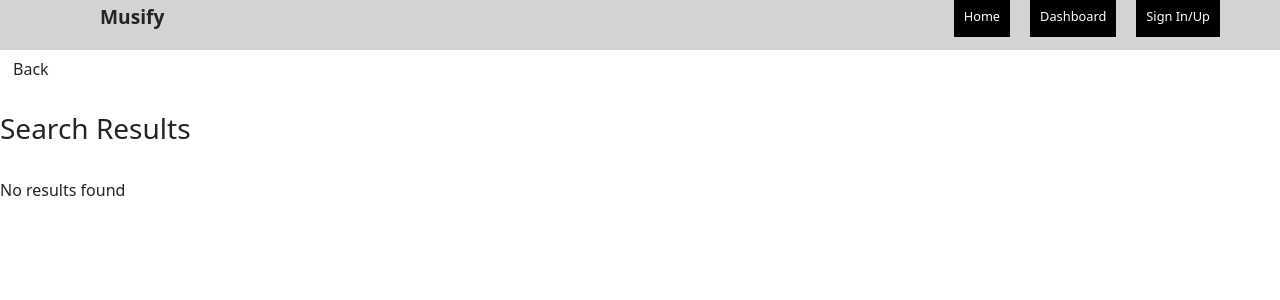
Repository: yuqiant/musify
Page: /search (app in musify/)
An editor plug-in stored every save of this project. The page is shown before and after the next save, followed by the edit.
The browser window is 1280 px wide. The pictures show the whole page.
The page's requests for data from a server got no answer. The project was rebuilt for these pictures with package versions that can differ from the ones it lists, and the page was loaded fresh each time. No one was signed in, and anything a server would have sent is missing. Also part of the build but not shown: musify/src/App.css, musify/src/details/index.js, musify/src/home/index.js, musify/src/users/client.js, musify/src/users/accountpage.js, musify/src/users/account.css, musify/src/users/account.js, musify/src/users/signin.js and 7 more.

Above is the page before, as saved 2023-12-10 00:55:50.

### musify/src/index.js
import React from 'react';
import ReactDOM from 'react-dom/client';
import { BrowserRouter as Router } from 'react-router-dom'; // Import BrowserRouter

import './index.css';
import App from './App';
import Home from './home';
import reportWebVitals from './reportWebVitals';

const root = ReactDOM.createRoot(document.getElementById('root'));
root.render(

  <React.StrictMode>
    <Router><App /></Router>

  </React.StrictMode>
);

// If you want to start measuring performance in your app, pass a function
// to log results (for example: reportWebVitals(console.log))
// or send to an analytics endpoint. Learn more: https://bit.ly/CRA-vitals
reportWebVitals();

### musify/src/App.js
import { BrowserRouter as Router, Route, Routes, Navigate } from 'react-router-dom';
import 'bootstrap/dist/css/bootstrap.min.css';
import './App.css';
import Results from './result';
import SongDetails from './details';
import React from 'react';
import { AuthContext, AuthProvider } from './AuthContext';
import Navbar from './navbar';
import Home from './home';
import AccountPage from './users/accountpage';
import Account from './users/account';
import Users from "./users";
import Dashboard from './dashboard';

// ProtectedRoute component to handle the redirection based on authentication
const ProtectedRoute = ({ children }) => {
  const { isAuthenticated, userId } = React.useContext(AuthContext);

  if (!isAuthenticated) {
    // Redirect them to the /signin page if they are not authenticated
    return <Navigate to="/signin" />;
  }

  // If the user is authenticated, render the "children" components
  return children;
};

function App() {
  console.log(process.env.REACT_APP_BASE_API_URL);

  return (
    <AuthProvider>
      {/* <Router> */}
      <Navbar />
      <Routes>
        <Route path="/" element={<Navigate to="/home" replace />} />
        <Route path="/home" element={<Home />} />
        <Route path="/search" element={<Results />} />
        <Route path="/details/:id" element={<SongDetails />} />
        <Route path="/profile" element={
          <ProtectedRoute>
            <Account />
          </ProtectedRoute>
        } />
        <Route path="/home" element={
          <ProtectedRoute>
            <Home />
          </ProtectedRoute>
        } />
        <Route path="/dashboard" element={
          <ProtectedRoute>
            <Dashboard />
          </ProtectedRoute>
        } />
        <Route path="/*" element={<Users />} />
        <Route path="/profile/:userId" element={<AccountPage />} />
      </Routes>
      {/* </Router> */}
    </AuthProvider>
  );
}

export default App;

### musify/src/result/index.js
import React, { useEffect, useState, useContext } from 'react';
import { useLocation, useNavigate } from 'react-router-dom';
import axios from 'axios';
import Navbar from '../navbar';
import { AuthContext } from '../AuthContext';
import 'bootstrap/dist/css/bootstrap.min.css';

function Results() {
    const location = useLocation();
    const REMOTE_API_URL = "http://localhost:4000/search";
    const [searchResults, setSearchResults] = useState([]);
    const navigate = useNavigate();
    const { isAuthenticated, userId } = useContext(AuthContext);

    const handleViewDetails = (songId) => {
        navigate(`/details/${songId}`);
    };

    const goBack = () => navigate('/');  // go back to home

    useEffect(() => {
        const queryParams = new URLSearchParams(location.search);
        const query = queryParams.get('query');
        const type = queryParams.get('type');



        // 根据 query 和 type 执行搜索
        const performSearch = async () => {
            try {
                const response = await axios.get(`${REMOTE_API_URL}?query=${query}&type=${type}`);
                if (Array.isArray(response.data)) {
                    setSearchResults(response.data);
                    console.log("Response data:", response.data);
                    console.log("search page authenticate:", isAuthenticated);
                    // console.log("current authenticated:", isAuthenticated)

                } else {
                    setSearchResults([response.data]);
                }
            } catch (error) {
                console.error('Search error:', error);
                setSearchResults([]); // 在错误情况下设置为空数组
            }
        };

        performSearch();
    }, [location]);

    const renderSearchResults = () => {
        console.log("in render", searchResults);
        if (searchResults.length === 0) {
            return <div>No results found</div>;
        }
        // return searchResults.map((result, index) => (


        //     <div key={index} className="search-result-item">
        //         <h5>Song : {result.songName}</h5>
        //         <h5>Album: {result.albumName}</h5>
        //         <h5>Artist: {result.artistName}</h5>
        //         <h5>Released Year: {result.releasedYear}</h5>
        //         <h5>Genre: {result.genre}</h5>


        //         <a href={`/details/${result.id}`}>View Details</a>
        //     </div>


        // ));
        return (
            <table className="table table-striped">
                <thead>
                    <tr>
                        <th>Song</th>
                        <th>Album</th>
                        <th>Artist</th>
                        {/* <th>Released Year</th>
                        <th>Genre</th>
                        <th>Details</th> */}
                    </tr>
                </thead>
                <tbody>
                    {searchResults.map((result, index) => (
                        <tr key={index}>
                            <td>{result.songName}</td>
                            <td>{result.albumName}</td>
                            <td>{result.artistName}</td>
                            {/* <td>{result.releasedYear}</td>
                            <td>{result.genre}</td> */}
                            {/* <td><a href={`/details/${result._id}`}>View Details</a></td> */}
                            {/* console.log("result id: ",{result._id}) */}
                            <button onClick={() => handleViewDetails(result._id)} className="btn">
                                View Details
                            </button>

                        </tr>
                    ))}
                </tbody>
            </table>
        );
    };


    return (
        <div>
            <button onClick={goBack} className="btn"> Back</button>

            <div>
                <br></br>
                <h3>Search Results</h3>
                <br></br>
            </div>
            <div>
                {renderSearchResults()}
            </div>
        </div>
    )
}

export default Results;

### musify/src/AuthContext.js
// AuthContext.js

import React, { createContext, useState, useEffect } from 'react';

export const AuthContext = createContext(null);

export const AuthProvider = ({ children }) => {
  const [isAuthenticated, setIsAuthenticated] = useState(false);
  const [userId, setUserId] = useState(null);

  // Check if the user is already authenticated (e.g., check local storage)
  useEffect(() => {
    const storedUserId = localStorage.getItem('userId');
    if (storedUserId) {
      // setIsAuthenticated(true);
      setUserId(storedUserId);
    }
  }, []);

  // Expose the user ID and authentication status
  const authContextValue = {
    isAuthenticated,
    setIsAuthenticated,
    userId,
    setUserId,
  };

  return (
    <AuthContext.Provider value={authContextValue}>
      {children}
    </AuthContext.Provider>
  );
};

### musify/src/navbar/index.js
import React, { useContext } from 'react';
import { NavLink, useNavigate } from 'react-router-dom';
import './index.css';
import { AuthContext } from '../AuthContext';

const Navbar = () => {
    const { isAuthenticated, userId } = useContext(AuthContext);
    const navigate = useNavigate();

    const handleDashboardClick = (event) => {
        // Prevent default navigation of NavLink
        event.preventDefault();

        if (isAuthenticated) {
            // navigate(`/dashboard/${userId}`);
            navigate(`/dashboard`);
        } else {
            alert("You must be signed in to access the dashboard.");
            navigate("/signin");
        }
    };

    return (
        <nav className="wd-navigation">
            <p className="bold-left-align">Musify</p>
            <ul className="menu">
                <li className="list-group-item">
                    <NavLink to="/" activeClassName="active">
                        Home
                    </NavLink>
                </li>
                <li className="list-group-item">
                    <NavLink to={`/dashboard`} activeClassName="active" onClick={handleDashboardClick}>
                        Dashboard
                    </NavLink>
                </li>
                {/* <li className="list-group-item">
                    <NavLink to={`admin/dashboard`} activeClassName="active" onClick={handleDashboardClick}>
                        Dashboard
                    </NavLink>
                </li> */}
                <li className="list-group-item">
                    {isAuthenticated ? (
                        <NavLink to={`/profile/`} activeClassName="active">
                            Profile
                        </NavLink>
                    ) : (
                        <NavLink to="/signin" activeClassName="active">
                            Sign In/Up
                        </NavLink>
                    )}
                </li>
            </ul>
        </nav>
    );
};

export default Navbar;

### musify/src/home/index.css
/* Reset margin and padding to remove default browser styling */
* {
    margin: 0;
    padding: 0;
    box-sizing: border-box;
}

/* General App styling */
.App {
    text-align: center;
}

/* Navigation bar styling */
.App-nav {
    display: flex;
    justify-content: space-between;
    align-items: left;
    background-color: #282c34;
    padding: 1rem;
    color: white;
}

.App-nav h1 {
    font-size: 1.5rem;
}

.App-nav a {
    color: white;
    text-decoration: none;
    margin-left: 1rem;
}

.App-nav a:hover {
    text-decoration: underline;
}

/* Header and content styling */
.App-header {
    color: white;
    padding-top: 60px;
    /* Adjust this value as needed */
}

.App-logo {
    height: 40vmin;
    pointer-events: none;
}

.App-link {
    color: #61dafb;
}

.App-link:hover {
    color: #39a9db;
}

.submit-button-container {
    display: flex;
    align-items: flex-start;
    justify-content: flex-start;
}

.playlist-heading {
    font-size: 85px;
    font-weight: bolder;
}

.search-container {
    display: flex;
    justify-content: center;
    /* Center horizontally */
    align-items: center;
    /* Center vertically */
    margin-top: 20px;
}

.search-bar {
    width: 500px;

}

.form-inline {
    display: flex;
    justify-content: center;
    width: 100%;
}

.search-type-button {
    font-size: 16px;
    /* Adjust the font size as needed */
    padding: 10px 20px;
    /* Bigger button */
    margin-right: 10px;
    /* Space between buttons */
    border: 1px solid transparent;
    background-color: #f8f9fa;
    color: #000;
    border-radius: 5px;
    cursor: pointer;
}

.search-type-button.active {
    background-color: #007bff;
    /* Bootstrap primary color */
    color: #fff;
    border-color: #007bff;
}

### musify/src/details/index.css
.song-details-container {
    display: flex;
    flex-direction: column;
    align-items: center;
    justify-content: center;
    height: 100vh;
    /* Adjust the height as necessary */
}

.select-playlist-container {
    margin: 20px 0;
}

.select-playlist-container select,
.select-playlist-container button {
    padding: 10px;
    margin-right: 5px;
    margin-left: 5px;
}

button {
    cursor: pointer;
}

### musify/src/navbar/index.css
.wd-navigation {
    background-color: lightgray;
    list-style: none;
    padding: 0;
    margin: 0;
    width: 100%;
    /* Full width */
    display: flex;
    /* Align items in a row */
    justify-content: space-between;
    align-items: center;
    /* Even spacing */
    height: 50px;
}

.wd-navigation .list-group-item {
    display: inline-block;
    /* Make list items inline */
    border-radius: 0;
    color: black;
    /* Optional: removes border-radius */
}

.wd-navigation .menu {
    padding-right: 50px;
}

.wd-navigation a {
    padding: 10px;
    margin-bottom: 0;
    /* Adjust for horizontal layout */
    font-size: 0.8em;
    text-align: center;
    background-color: black;
    border: none;
    display: block;
    /* Ensure proper alignment */
    color: white;
    /* Text color */
    text-decoration: none;
}

.wd-navigation a.active {
    background-color: white;
    color: red;
}

.wd-icon,
.wd-navigation a i {
    color: red;
    font-size: 2em;
    margin-bottom: 0;
    /* Adjust for horizontal layout */
}

.list-group-item {
    color: white;
    /* Set default text color to white */
    padding: 5px 10px;
}

.list-group-item.active {
    background-color: black;
    color: red;
}

/* Responsive adjustments (if needed) */
@media (max-width: 600px) {
    .wd-navigation a {
        padding: 5px;
        font-size: 0.6em;
    }
}

.bold-left-align {
    font-weight: bold;
    text-align: left;

    padding-left: 100px;
    font-size: 1.2em;
}

Loaded but not shown: musify/public/index.html (common file); musify/src/index.css (common file); musify/src/reportWebVitals.js (common file)

After the next save:
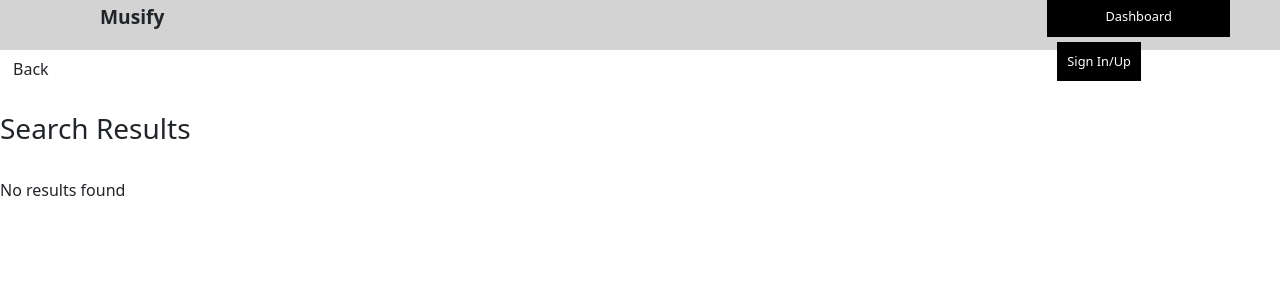
Saved 96 s later.
--- a/musify/src/navbar/index.js
+++ b/musify/src/navbar/index.js
@@ -34,11 +34,21 @@
                         Dashboard
                     </NavLink>
                 </li>
-                {/* <li className="list-group-item">
-                    <NavLink to={`admin/dashboard`} activeClassName="active" onClick={handleDashboardClick}>
-                        Dashboard
-                    </NavLink>
-                </li> */}
+                <NavLink
+                    to={`/dashboard`}
+                    className={({ isActive }) => (isActive ? "active" : "")}
+                    onClick={handleDashboardClick}
+                    isActive={(match, location) => {
+                        if (!match) {
+                            return false;
+                        }
+                        // Return true for both '/dashboard' and '/admin/dashboard' paths
+                        return location.pathname === '/dashboard' || location.pathname === '/admin/dashboard';
+                    }}
+                >
+                    Dashboard
+                </NavLink>
+
                 <li className="list-group-item">
                     {isAuthenticated ? (
                         <NavLink to={`/profile/`} activeClassName="active">

After the save that followed:
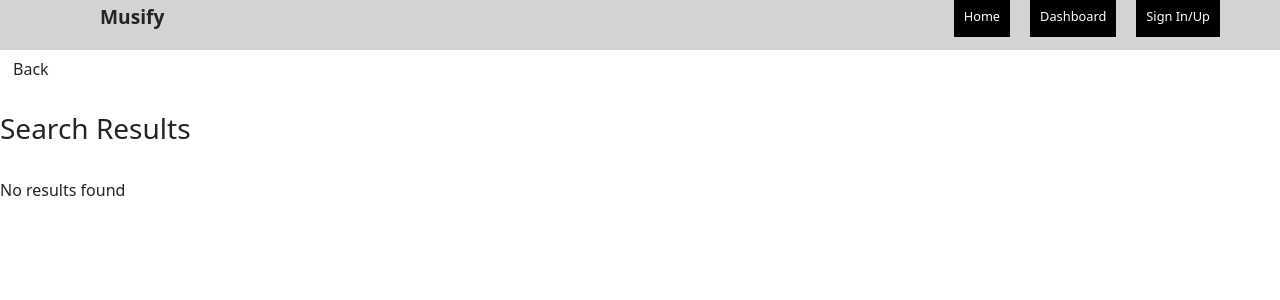
Saved 23 s later.
--- a/musify/src/navbar/index.js
+++ b/musify/src/navbar/index.js
@@ -30,24 +30,26 @@
                     </NavLink>
                 </li>
                 <li className="list-group-item">
-                    <NavLink to={`/dashboard`} activeClassName="active" onClick={handleDashboardClick}>
+                    {/* <NavLink to={`/dashboard`} activeClassName="active" onClick={handleDashboardClick}>
+                        Dashboard
+                    </NavLink> */}
+                    <NavLink
+                        to={`/dashboard`}
+                        className={({ isActive }) => (isActive ? "active" : "")}
+                        onClick={handleDashboardClick}
+                        isActive={(match, location) => {
+                            if (!match) {
+                                return false;
+                            }
+                            // Return true for both '/dashboard' and '/admin/dashboard' paths
+                            return location.pathname === '/dashboard' || location.pathname === '/admin/dashboard';
+                        }}
+                    >
                         Dashboard
                     </NavLink>
+
                 </li>
-                <NavLink
-                    to={`/dashboard`}
-                    className={({ isActive }) => (isActive ? "active" : "")}
-                    onClick={handleDashboardClick}
-                    isActive={(match, location) => {
-                        if (!match) {
-                            return false;
-                        }
-                        // Return true for both '/dashboard' and '/admin/dashboard' paths
-                        return location.pathname === '/dashboard' || location.pathname === '/admin/dashboard';
-                    }}
-                >
-                    Dashboard
-                </NavLink>
+
 
                 <li className="list-group-item">
                     {isAuthenticated ? (
